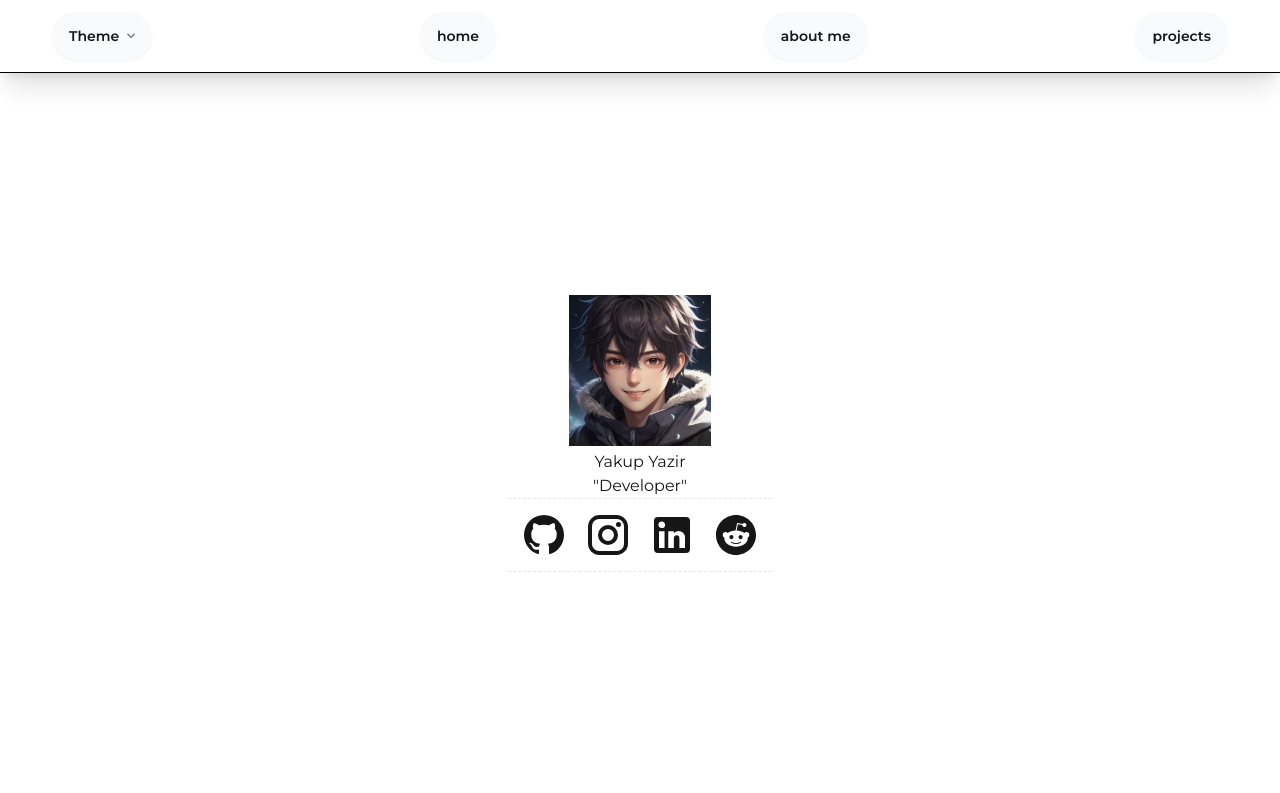
Repository: Yakyaz/myWebsite
Page: /home
An editor plug-in stored every save of this project. The page is shown before and after the next save, followed by the edit.
The browser window is 1280 px wide. The pictures show the whole page.
The project was rebuilt for these pictures with package versions that can differ from the ones it lists, and the page was loaded fresh each time. The framework's server and built-in components were replaced by stand-ins that run in the browser. Also part of the build but not shown: next.config.js.

Above is the page before, as saved 2023-12-03 14:07:36.

### app/layout.tsx
import type { Metadata } from "next";
import { Montserrat } from "next/font/google";
import "./globals.css";
import Navbar from "./components/navbar";

const montserrat = Montserrat({ subsets: ["latin"] });

export const metadata: Metadata = {
  title: "Create Next App",
  description: "Generated by create next app",
};

export default function RootLayout({
  children,
}: {
  children: React.ReactNode;
}) {
  return (
    <html lang="en" data-theme="pastel" style={{ overflow: "hidden" }}>
      <body className={montserrat.className} style={{ overflow: "hidden" }}>
        <Navbar />
        <div>{children}</div>
      </body>
    </html>
  );
}

### app/home/page.tsx
import Link from "next/link";
import Navbar from "../components/navbar";
import Icon from "@mdi/react";
import { mdiGithub, mdiInstagram, mdiLinkedin, mdiReddit } from "@mdi/js";
import Image from "next/image";
import background from "public/background.png";
import pb from "public/pb.png";

function Home() {
  return (
    <main className="w-screen h-screen flex items-center justify-center ">
      <div
        className="w-11/12 flex justify-center items-center "
        style={{
          height: "90%",
        }}
      >
        <div className="flex flex-col justify-center items-center">
          <div className="border rounded-full mb-3 h-36 w-36 text-center">
            <Image
              alt="Pb"
              src={pb}
              placeholder="blur"
              quality={100}
              sizes="100%"
            />
          </div>

          <div className="text-center">
            <h1>Yakup Yazir</h1>
            <h4>"Developer"</h4>
          </div>
          <div className="flex flex-row space-x-4 border border-x-0 border-dashed p-3">
            <a href="https://github.com/It3chii ">
              <Icon path={mdiGithub} size={2} />
            </a>
            <a href="https://www.instagram.com/yakupwrld_/">
              <Icon path={mdiInstagram} size={2} />
            </a>
            <a href="https://www.linkedin.com/in/yakup-yazir-aa9a61247/">
              <Icon path={mdiLinkedin} size={2} />
            </a>
            <a href="https://www.reddit.com/user/It3chii">
              <Icon path={mdiReddit} size={2} />
            </a>
          </div>
        </div>
      </div>
    </main>
  );
}

export default Home;

### app/components/navbar.tsx
import Link from "next/link";
import React from "react";
import Toggle from "./toggle";

const Navbar = () => {
  return (
    <ul className="flex flex-row justify-between items-center p-2 pr-12 pl-12 border-b border-black shadow-xl">
      <li>
        <Toggle />
      </li>
      <li>
        <Link className="btn m-1  " href="/home">
          home
        </Link>
      </li>
      <li>
        <Link className="btn m-1" href="/about">
          about me
        </Link>
      </li>
      <li>
        <Link className="btn m-1" href="/projects">
          projects
        </Link>
      </li>
    </ul>
  );
};

export default Navbar;

### app/components/toggle.tsx
import React from "react";

const Toggle = () => {
  return (
    <div className="dropdown ">
      <div tabIndex={0} role="button" className="btn m-1">
        Theme
        <svg
          width="12px"
          height="12px"
          className="h-2 w-2 fill-current opacity-60 inline-block"
          xmlns="http://www.w3.org/2000/svg"
          viewBox="0 0 2048 2048"
        >
          <path d="M1799 349l242 241-1017 1017L7 590l242-241 775 775 775-775z"></path>
        </svg>
      </div>
      <ul
        tabIndex={0}
        className="dropdown-content z-[1] p-2 shadow-2xl bg-base-300 rounded-box w-52"
      >
        <li>
          <input
            type="radio"
            name="theme-dropdown"
            className="theme-controller btn btn-sm btn-block btn-ghost justify-start"
            aria-label="Default"
            value="default"
          />
        </li>
        <li>
          <input
            type="radio"
            name="theme-dropdown"
            className="theme-controller btn btn-sm btn-block btn-ghost justify-start"
            aria-label="Retro"
            value="retro"
          />
        </li>
        <li>
          <input
            type="radio"
            name="theme-dropdown"
            className="theme-controller btn btn-sm btn-block btn-ghost justify-start"
            aria-label="Cyberpunk"
            value="cyberpunk"
          />
        </li>
        <li>
          <input
            type="radio"
            name="theme-dropdown"
            className="theme-controller btn btn-sm btn-block btn-ghost justify-start"
            aria-label="Dracula"
            value="dracula"
          />
        </li>
        <li>
          <input
            type="radio"
            name="theme-dropdown"
            className="theme-controller btn btn-sm btn-block btn-ghost justify-start"
            aria-label="Aqua"
            value="aqua"
          />
        </li>
      </ul>
    </div>
  );
};

export default Toggle;

### tailwind.config.ts
import type { Config } from "tailwindcss";

const config: Config = {
  content: [
    "./pages/**/*.{js,ts,jsx,tsx,mdx}",
    "./components/**/*.{js,ts,jsx,tsx,mdx}",
    "./app/**/*.{js,ts,jsx,tsx,mdx}",
  ],
  theme: {
    extend: {
      backgroundImage: {
        "gradient-radial": "radial-gradient(var(--tw-gradient-stops))",
        "gradient-conic":
          "conic-gradient(from 180deg at 50% 50%, var(--tw-gradient-stops))",
      },
    },
  },
  plugins: [require("daisyui")],
  daisyui: {
    themes: ["pastel", "retro", "cyberpunk", "dracula", "aqua"],
  },
};
export default config;

Loaded but not shown: app/globals.css (common file)

After the next save:
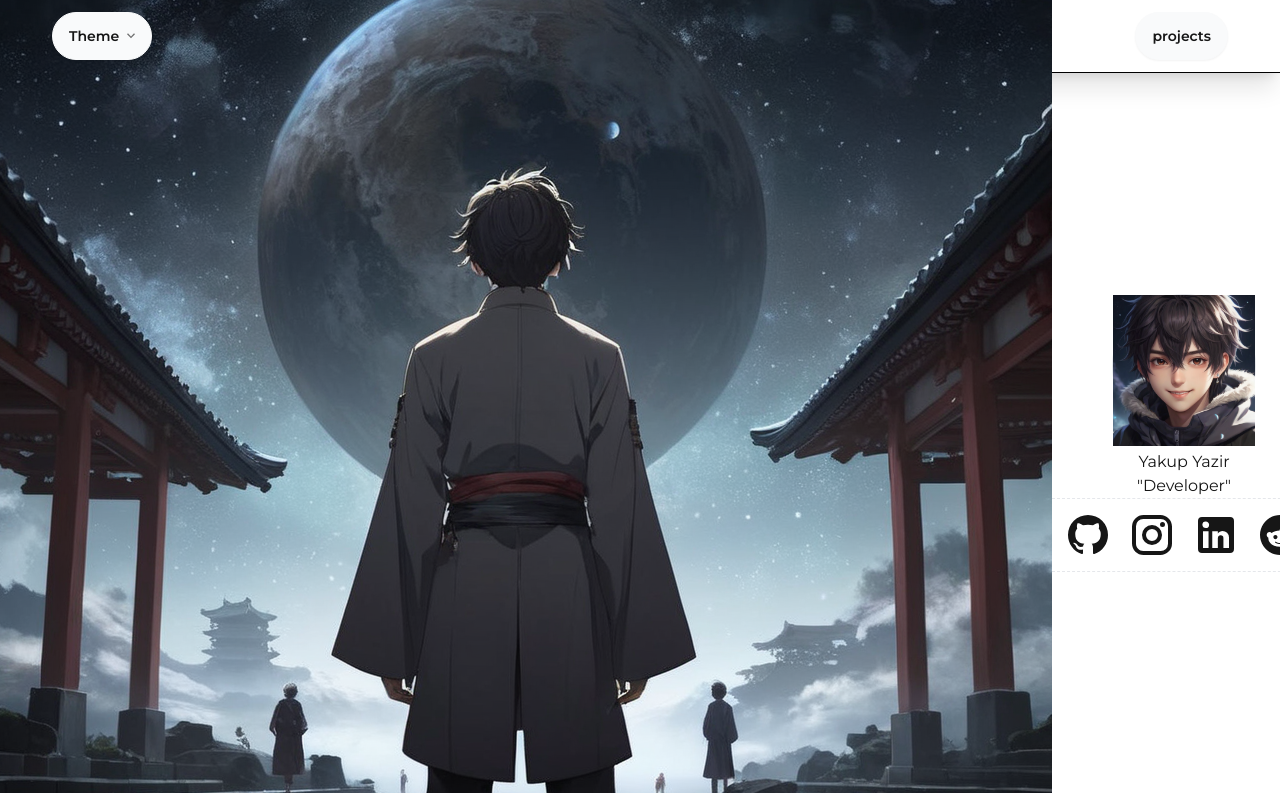
Saved 37 s later.
--- a/app/home/page.tsx
+++ b/app/home/page.tsx
@@ -15,6 +15,13 @@
           height: "90%",
         }}
       >
+        <Image
+          alt="Background"
+          src={background}
+          placeholder="blur"
+          quality={100}
+          sizes="100%"
+        />
         <div className="flex flex-col justify-center items-center">
           <div className="border rounded-full mb-3 h-36 w-36 text-center">
             <Image

After the save that followed:
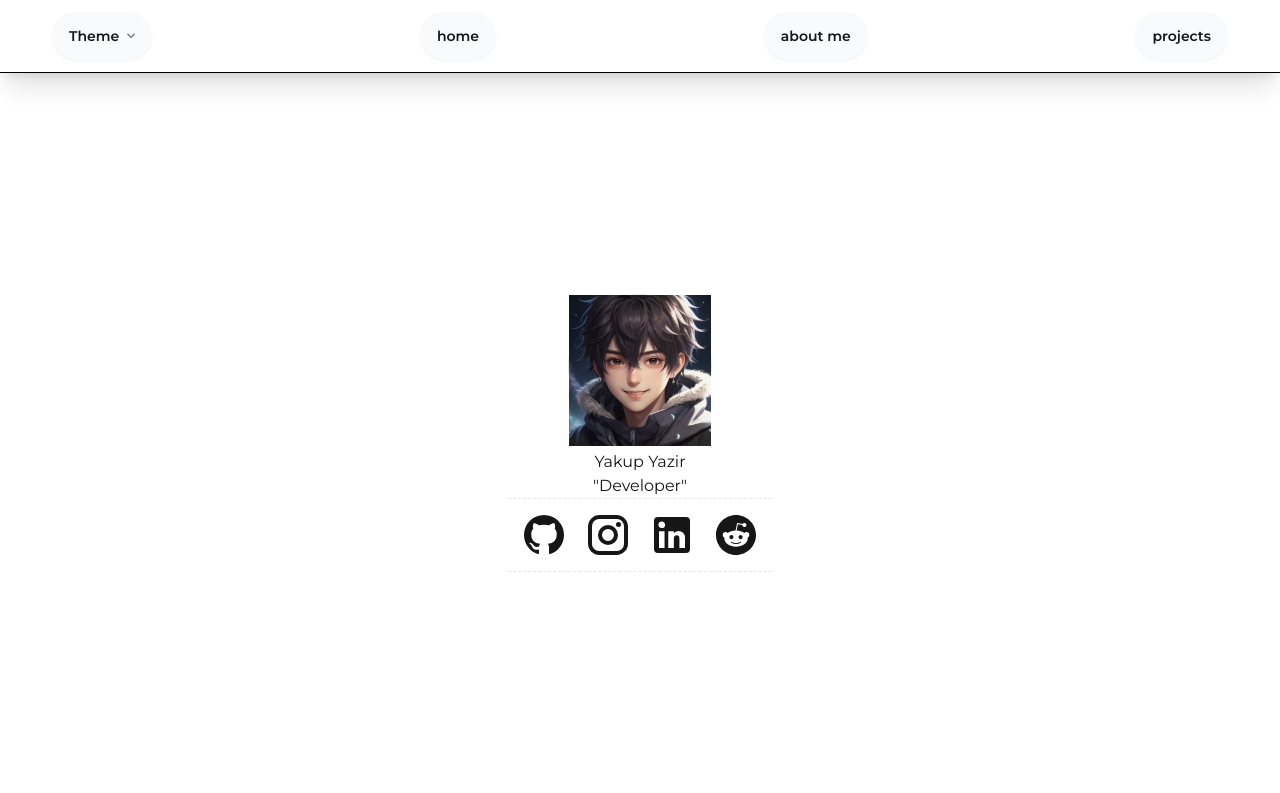
Saved 6 min 11 s later.
--- a/app/home/page.tsx
+++ b/app/home/page.tsx
@@ -15,13 +15,6 @@
           height: "90%",
         }}
       >
-        <Image
-          alt="Background"
-          src={background}
-          placeholder="blur"
-          quality={100}
-          sizes="100%"
-        />
         <div className="flex flex-col justify-center items-center">
           <div className="border rounded-full mb-3 h-36 w-36 text-center">
             <Image
